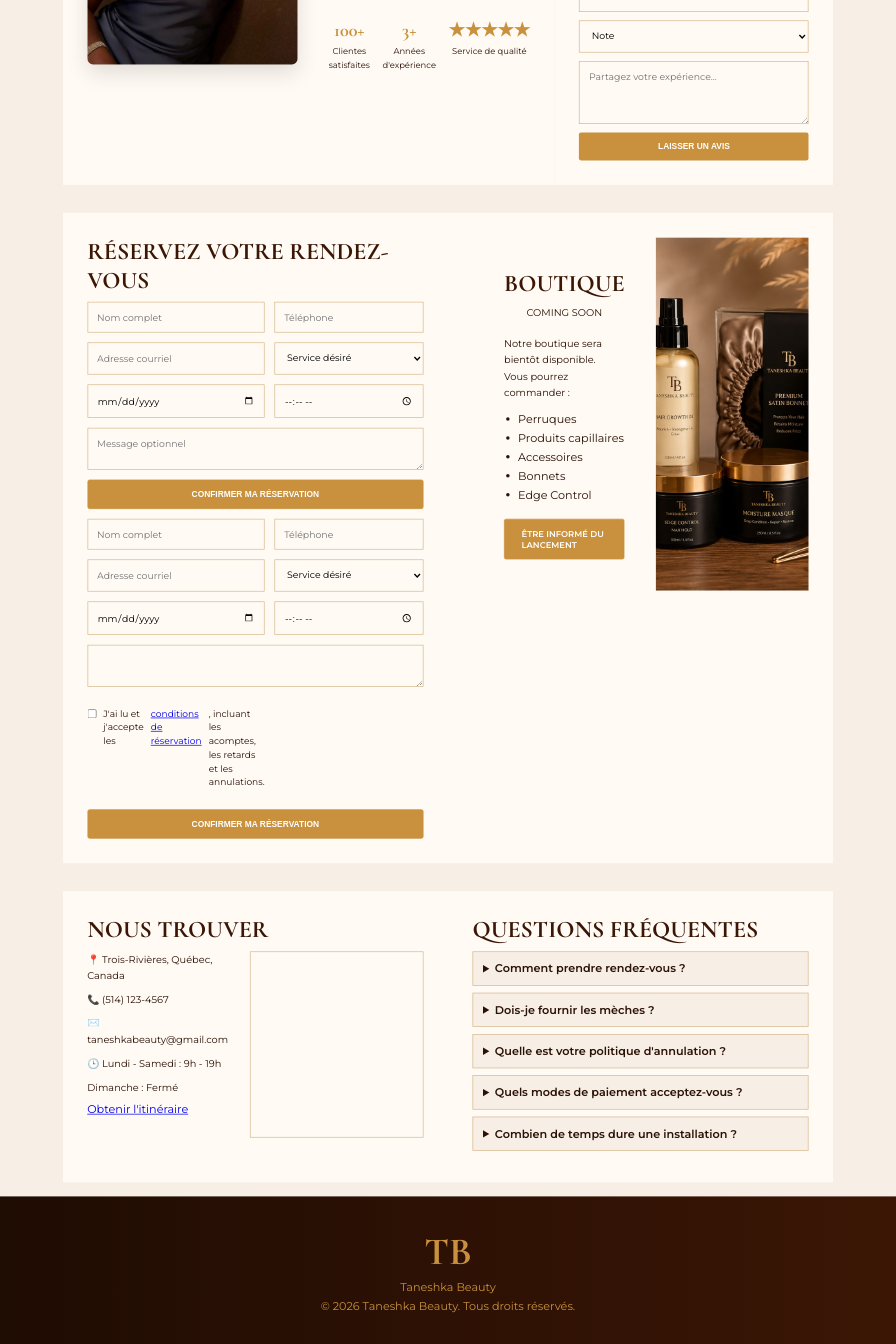
Repository: kngnepi/Taneshka-Beauty-House
Page: index.html
An editor plug-in stored every save of this project. The page is shown before and after the next save, followed by the edit.
The browser window is 1280 px wide. The pictures show the part of the page from y = 2513 to 4433 px (the page is 4433 px tall before and 4123 px after), at 70% of full size.
Pictures or frames that could not be fetched are drawn as grey boxes.

Above is the page before, as saved 2026-07-05 19:46:36.

### index.html
<!DOCTYPE html>
<html lang="fr">
<head>
  <meta charset="UTF-8" />
  <meta name="viewport" content="width=device-width, initial-scale=1.0" />
  <title>Taneshka Beauty</title>
  <link rel="stylesheet" href="style.css" />
</head>
<body>

  <!-- NAVBAR -->
  <header class="navbar">
    <div class="logo">
      <span>TB</span>
      <p>TANESHKA BEAUTY</p>
    </div>

    <nav>
      <a href="#home">Accueil</a>
      <a href="#services">Services</a>
      <a href="#portfolio">Portfolio</a>
      <a href="#about">À propos</a>
      <a href="#booking">Réservation</a>
      <a href="#products">Boutique</a>
      <a href="#contact">Contact</a>
    </nav>

    <a href="#booking" class="btn-gold">Réserver</a>
  </header>

  <!-- HERO -->
  <section id="home" class="hero">
    <div class="hero-content">
      <h1>TANESHKA<br>BEAUTY</h1>
      <p class="tagline">Élégance • Confiance • Beauté</p>
      <p class="hero-text">
        Spécialiste en perruques, tresses et coiffures protectrices.
      </p>

      <div class="hero-buttons">
        <a href="#booking" class="btn-gold">Réserver un rendez-vous</a>
        <a href="#portfolio" class="btn-outline">Voir nos réalisations</a>
      </div>
    </div>
  </section>

  <!-- SERVICES -->
  <section id="services" class="section">
    <h2>Nos Services</h2>
    <p class="section-subtitle">Des prestations adaptées à votre style et à vos besoins.</p>

    <div class="services-grid">
      <div class="service-card">
        <div class="service-img"></div>
        <div>
          <h3>Perruques</h3>
          <ul>
            <li>Installation</li>
            <li>Retrait</li>
            <li>Revamp</li>
            <li>Customisation</li>
          </ul>
          <p>À partir de 60$</p>
          <a href="#booking" class="btn-dark">Réserver</a>
        </div>
      </div>

      <div class="service-card">
        <div class="service-img"></div>
        <div>
          <h3>Tresses</h3>
          <ul>
            <li>Knotless Braids</li>
            <li>Boho Braids</li>
            <li>Tribal Braids</li>
            <li>Cornrows</li>
          </ul>
          <p>À partir de 80$</p>
          <a href="#booking" class="btn-dark">Réserver</a>
        </div>
      </div>

      <div class="service-card">
        <div class="service-img"></div>
        <div>
          <h3>Coiffures</h3>
          <ul>
            <li>Ponytail</li>
            <li>Wig Styling</li>
            <li>Butterfly Locs</li>
            <li>Twists</li>
          </ul>
          <p>À partir de 50$</p>
          <a href="#booking" class="btn-dark">Réserver</a>
        </div>
      </div>
    </div>
  </section>

  <!-- PORTFOLIO -->
 <section id="portfolio" class="section">
  <h2>Nos Réalisations</h2>

  <div class="portfolio-filters">
    <button class="active" data-filter="all">Tout</button>
    <button data-filter="perruques">Perruques</button>
    <button data-filter="tresses">Tresses</button>
    <button data-filter="ponytails">Ponytails</button>
    <button data-filter="locs">Locs</button>
  </div>

  <div class="portfolio-grid">
    <div class="portfolio-item" data-category="ponytails"></div>
    <div class="portfolio-item" data-category="ponytails"></div>
    <div class="portfolio-item" data-category="perruques"></div>
    <div class="portfolio-item" data-category="perruques"></div>
    <div class="portfolio-item" data-category="perruques"></div>
    <div class="portfolio-item" data-category="perruques"></div>
  </div>
</section>

  <!-- ABOUT + REVIEWS -->
  <!-- ABOUT + REVIEWS -->
<section class="split-section">
  <div id="about" class="about-box">
    <div class="about-img"></div>

    <div class="about-content">
      <h2>À propos de Taneshka Beauty</h2>
      <p>
        Chez Taneshka Beauty, nous mettons en valeur la beauté naturelle de chaque cliente
        grâce à des coiffures élégantes, des tresses impeccables et des installations de
        perruques professionnelles. Notre mission est d'offrir une expérience personnalisée
        dans une ambiance chaleureuse, professionnelle et accueillante.
      </p>

      <div class="about-stats">
        <div>
          <h3>100+</h3>
          <p>Clientes satisfaites</p>
        </div>

        <div>
          <h3>3+</h3>
          <p>Années d'expérience</p>
        </div>

        <div>
          <h3>★★★★★</h3>
          <p>Service de qualité</p>
        </div>
      </div>
    </div>
  </div>

  <div class="reviews-box">
  <h2>Ce que disent nos clientes</h2>

  <div class="reviews-grid" id="reviewsList">
    <div class="review-card">
      <p class="stars">★★★★★</p>
      <p>Très professionnelle et minutieuse. Je suis toujours satisfaite du résultat.</p>
      <span>— Sarah M.</span>
    </div>

    <div class="review-card">
      <p class="stars">★★★★★</p>
      <p>Mes tresses ont tenu plusieurs semaines. Je recommande fortement.</p>
      <span>— Jessica K.</span>
    </div>
  </div>

  <form class="review-form" id="reviewForm">
    <input type="text" id="reviewName" placeholder="Votre nom" required />

    <select id="reviewRating" required>
      <option value="">Note</option>
      <option value="5">★★★★★</option>
      <option value="4">★★★★</option>
      <option value="3">★★★</option>
      <option value="2">★★</option>
      <option value="1">★</option>
    </select>

    <textarea id="reviewText" placeholder="Partagez votre expérience..." required></textarea>

    <button type="submit" class="btn-gold">Laisser un avis</button>
  </form>
</div>
</section>

<!-- BOOKING + PRODUCTS -->
<section class="split-section">
  <div id="booking" class="booking-section">
    <h2>Réservez votre rendez-vous</h2>

    <form
  class="booking-form"
  action="https://formspree.io/f/mjgqljjd"
  method="POST"
>
  <input type="text" name="nom" placeholder="Nom complet" required />

  <input type="tel" name="telephone" placeholder="Téléphone" required />

  <input type="email" name="email" placeholder="Adresse courriel" required />

  <select name="service" required>
    <option value="">Service désiré</option>
    <option value="Perruques">Perruques</option>
    <option value="Tresses">Tresses</option>
    <option value="Coiffures">Coiffures</option>
  </select>

  <input type="date" name="date_souhaitee" required />

  <input type="time" name="heure_souhaitee" required />

  <textarea name="message" placeholder="Message optionnel"></textarea>

  <button type="submit" class="btn-gold">
    Confirmer ma réservation
  </button>
<form
    class="booking-form"
    action="https://formspree.io/f/mjgqljjd"
    method="POST">

    <input
        type="text"
        name="nom"
        placeholder="Nom complet"
        required>

    <input
        type="tel"
        name="telephone"
        placeholder="Téléphone"
        required>

    <input
        type="email"
        name="email"
        placeholder="Adresse courriel"
        required>

    <select name="service" required>
        <option value="">Service désiré</option>
        <option>Perruques</option>
        <option>Tresses</option>
        <option>Coiffures</option>
    </select>

    <input type="date" name="date" required>

    <input type="time" name="heure" required>

    <textarea
        name="message"
        placeholder="Message optionnel">
    </textarea>

    <label class="terms">
        <input type="checkbox" required>

        J'ai lu et j'accepte les
        <a href="#booking-policy">
            conditions de réservation
        </a>,
        incluant les acomptes, les retards et les annulations.
    </label>

    <button type="submit" class="btn-gold">
        Confirmer ma réservation
    </button>

</form>
  </div>

  <div id="products" class="products-section">
    <div class="products-content">
      <div class="products-text">
        <h2>Boutique</h2>
        <p class="coming-soon">Coming Soon</p>
        <p>Notre boutique sera bientôt disponible.</p>
        <p>Vous pourrez commander :</p>

        <ul>
          <li>Perruques</li>
          <li>Produits capillaires</li>
          <li>Accessoires</li>
          <li>Bonnets</li>
          <li>Edge Control</li>
        </ul>

        <a href="#contact" class="btn-gold">Être informé du lancement</a>
      </div>

      <div class="products-img"></div>
    </div>
  </div>
</section>

<!-- LOCATION + FAQ -->
<section id="contact" class="split-section">
  <div class="location-box">
  <h2>Nous trouver</h2>

  <div class="location-content">
    <div class="location-info">
      <p>📍 Trois-Rivières, Québec, Canada</p>
      <p>📞 (514) 123-4567</p>
      <p>✉️ taneshkabeauty@gmail.com</p>
      <p>🕒 Lundi - Samedi : 9h - 19h</p>
      <p>Dimanche : Fermé</p>

      <a
        href="https://www.google.com/maps/search/?api=1&query=Trois-Rivi%C3%A8res%2C%20Qu%C3%A9bec%2C%20Canada"
        target="_blank"
        class="btn-outline-dark"
      >
        Obtenir l'itinéraire
      </a>
    </div>

    <div class="map-box">
      <iframe
        src="https://www.google.com/maps?q=Trois-Rivi%C3%A8res%2C%20Qu%C3%A9bec%2C%20Canada&output=embed"
        loading="lazy"
        referrerpolicy="no-referrer-when-downgrade">
      </iframe>
    </div>
  </div>
</div>

  <div class="faq-box">
    <h2>Questions fréquentes</h2>

    <details>
      <summary>Comment prendre rendez-vous ?</summary>
      <p>Vous pouvez réserver via le formulaire ou nous contacter sur Instagram.</p>
    </details>

    <details>
      <summary>Dois-je fournir les mèches ?</summary>
      <p>Cela dépend du service choisi. Les détails seront confirmés lors de la réservation.</p>
    </details>

    <details>
      <summary>Quelle est votre politique d'annulation ?</summary>
      <p>Les annulations doivent être faites au moins 48h avant le rendez-vous.</p>
    </details>

    <details>
      <summary>Quels modes de paiement acceptez-vous ?</summary>
      <p>Espèces et virement Interac.</p>
    </details>

    <details>
      <summary>Combien de temps dure une installation ?</summary>
      <p>La durée varie selon le service sélectionné.</p>
    </details>
  </div>
</section>
  <!-- FOOTER -->
  <footer>
    <h2>TB</h2>
    <p>Taneshka Beauty</p>
    <p>© 2026 Taneshka Beauty. Tous droits réservés.</p>
  </footer>

<script>
  const filterButtons = document.querySelectorAll(".portfolio-filters button");
  const portfolioItems = document.querySelectorAll(".portfolio-item");

  filterButtons.forEach(button => {
    button.addEventListener("click", () => {
      const filter = button.dataset.filter;

      filterButtons.forEach(btn => btn.classList.remove("active"));
      button.classList.add("active");

      portfolioItems.forEach(item => {
        if (filter === "all" || item.dataset.category === filter) {
          item.classList.remove("hide");
        } else {
          item.classList.add("hide");
        }
      });
    });
  });
</script>
<script>
  const reviewForm = document.getElementById("reviewForm");
  const reviewsList = document.getElementById("reviewsList");

  let reviews = JSON.parse(localStorage.getItem("taneshkaReviews")) || [];

  function displayReviews() {
    reviews.forEach(review => {
      const reviewCard = document.createElement("div");
      reviewCard.classList.add("review-card");

      reviewCard.innerHTML = `
        <p class="stars">${"★".repeat(review.rating)}</p>
        <p>${review.text}</p>
        <span>— ${review.name}</span>
      `;

      reviewsList.appendChild(reviewCard);
    });
  }

  reviewForm.addEventListener("submit", function (e) {
    e.preventDefault();

    const name = document.getElementById("reviewName").value;
    const rating = document.getElementById("reviewRating").value;
    const text = document.getElementById("reviewText").value;

    const newReview = {
      name: name,
      rating: rating,
      text: text
    };

    reviews.push(newReview);
    localStorage.setItem("taneshkaReviews", JSON.stringify(reviews));

    reviewsList.innerHTML = "";
    displayReviews();

    reviewForm.reset();
  });

  displayReviews();
</script>
</body>
</html>

### style.css
@import url('https://fonts.googleapis.com/css2?family=Cormorant+Garamond:wght@500;600;700&family=Montserrat:wght@300;400;500;600&display=swap');

:root {
  --brown: #3b1605;
  --dark-brown: #1f0c03;
  --gold: #c9913d;
  --cream: #f7efe6;
  --light-cream: #fffaf4;
  --text: #2b1206;
  --border: #d8b98c;
}

* {
  margin: 0;
  padding: 0;
  box-sizing: border-box;
}

body {
  background: var(--cream);
  color: var(--text);
  font-family: "Montserrat", sans-serif;
}

h1, h2, h3 {
  font-family: "Cormorant Garamond", serif;
  text-transform: uppercase;
}

section {
  padding: 55px 7%;
}

.navbar {
  background: rgba(31, 12, 3, 0.95);
  color: white;
  height: 85px;
  padding: 0 7%;
  display: flex;
  align-items: center;
  justify-content: space-between;
}

.logo span {
  color: var(--gold);
  font-family: "Cormorant Garamond", serif;
  font-size: 38px;
  font-weight: 700;
}

.logo p {
  color: var(--gold);
  font-size: 13px;
  letter-spacing: 1px;
}

nav {
  display: flex;
  gap: 30px;
}

nav a {
  color: white;
  text-decoration: none;
  font-size: 13px;
  text-transform: uppercase;
}

.btn-gold,
.btn-outline,
.btn-dark {
  display: inline-block;
  padding: 13px 24px;
  text-decoration: none;
  text-transform: uppercase;
  font-size: 12px;
  font-weight: 600;
  border-radius: 3px;
}

.btn-gold {
  background: var(--gold);
  color: white;
  border: 1px solid var(--gold);
}

.btn-outline {
  border: 1px solid var(--gold);
  color: white;
}

.btn-dark {
  background: var(--brown);
  color: white;
  margin-top: 15px;
}

.hero {
  min-height: 720px;
  background:
    linear-gradient(to right, rgba(20, 7, 2, 0.95) 0%, rgba(20, 7, 2, 0.75) 38%, rgba(20, 7, 2, 0.25) 70%),
    url("images/hero.jpg");
  background-size: cover;
  background-position: center 35%;
  display: flex;
  align-items: center;
}

.hero-content {
  max-width: 620px;
  margin-top: 40px;
}

.hero h1 {
  color: var(--gold);
  font-size: 92px;
  line-height: 0.9;
}

.tagline {
  color: white;
  font-family: "Cormorant Garamond", serif;
  font-size: 28px;
  font-style: italic;
  margin: 20px 0;
}

.hero-text {
  color: white;
  font-size: 18px;
  line-height: 1.6;
}

.hero-buttons {
  display: flex;
  gap: 20px;
  margin-top: 30px;
}

.section {
  text-align: center;
}

.section h2,
.split-section h2 {
  font-size: 34px;
  color: var(--brown);
  margin-bottom: 10px;
}

.section-subtitle {
  margin-bottom: 35px;
  font-size: 14px;
}

.services-grid {
  display: grid;
  grid-template-columns: repeat(3, 1fr);
  gap: 25px;
}

.service-card {
  background: var(--light-cream);
  border: 1px solid var(--border);
  display: grid;
  grid-template-columns: 1fr 1fr;
  text-align: left;
  min-height: 260px;
}

.service-img,
.portfolio-item,
.about-img {
  width: 100%;
  height: 430px;
  background-image: url("images/about.jpg");
  background-size: cover;
  background-position: center top;
  border-radius: 8px;
  box-shadow: 0 12px 30px rgba(0,0,0,.12);
}

.service-card:nth-child(1) .service-img {
  background-image: url("images/service-wig.jpg");
}

.service-card:nth-child(2) .service-img {
  background-image: url("images/service-braids.jpg");
}

.service-card:nth-child(3) .service-img {
  background-image: url("images/service-hair.jpg");
}

.service-card div:last-child {
  padding: 28px;
}

.service-card h3 {
  font-size: 24px;
  margin-bottom: 15px;
}

.service-card li {
  margin-bottom: 8px;
  font-size: 14px;
}

.portfolio-filters {
  display: flex;
  justify-content: center;
  gap: 35px;
  margin: 25px 0;
}

.portfolio-filters button {
  background: transparent;
  border: none;
  text-transform: uppercase;
  cursor: pointer;
}


.portfolio-grid {
  display: grid;
  grid-template-columns: repeat(6, 1fr);
  gap: 18px;
}

.portfolio-item {
  height: 300px;
  border-radius: 8px;
  overflow: hidden;
  background-size: cover;
  background-position: center 25%;
  background-repeat: no-repeat;
}

.portfolio-item:nth-child(2) {
    background-position: center 20%;
}

.portfolio-item:nth-child(2) img {
  object-position: 40% 70%;
}
.portfolio-item img {
  width: 100%;
  height: 100%;
  object-fit: cover;
  object-position: center 25%;
  display: block;
}


.portfolio-item:nth-child(1) {
  background-image: url("images/portfolio-1.jpg");
}

.portfolio-item:nth-child(2) {
  background-image: url("images/portfolio-2.jpg");
}

.portfolio-item:nth-child(3) {
  background-image: url("images/portfolio-3.jpg");
}

.portfolio-item:nth-child(4) {
  background-image: url("images/portfolio-4.jpg");
}

.portfolio-item:nth-child(5) {
  background-image: url("images/portfolio-5.jpg");
}

.portfolio-item:nth-child(6) {
  background-image: url("images/portfolio-6.jpg");
}

.split-section {
  padding: 20px 7%;
  display: grid;
  grid-template-columns: 1fr 1fr;
  gap: 0;
}

.about-box,
.reviews-box,
.location-box,
.faq-box,
.booking-section,
.products-section {
  background: var(--light-cream);
  border: 1px solid var(--border);
  padding: 35px;
}

.about-box {
  display: grid;
  grid-template-columns: 300px 1fr;
  gap: 45px;
  align-items: center;
  background: var(--light-cream);
  padding: 45px;
}

.about-img {
  min-height: 280px;
  background-image: url("images/about.jpg");
}

.about-box p,
.review-card p,
.location-box p,
.products-section p,
.faq-box p {
  font-size: 14px;
  line-height: 1.7;
}

.reviews-box {
  text-align: center;
}

.review-card {
  border: 1px solid var(--border);
  padding: 25px;
  margin-top: 20px;
  text-align: left;
}

.stars {
    color: var(--gold);
    font-size: 20px;
    letter-spacing: 2px;
    margin-bottom: 8px;
}
.booking-form {
  max-width: 850px;
  margin: auto;
  display: grid;
  grid-template-columns: 1fr 1fr;
  gap: 14px;
}

.booking-form input,
.booking-form select,
.booking-form textarea {
  padding: 13px;
  border: 1px solid var(--border);
  background: var(--light-cream);
  font-family: "Montserrat", sans-serif;
}

.booking-form textarea,
.booking-form button {
  grid-column: span 2;
}

.products-section {
  text-align: center;
}

.products-section h2 {
  color: var(--brown);
}

.location-box {
  text-align: left;
}

.faq-box details {
  border: 1px solid var(--border);
  margin-bottom: 10px;
  padding: 14px;
  background: var(--cream);
}

.faq-box summary {
  cursor: pointer;
  font-weight: 600;
}

footer {
  background: linear-gradient(to right, var(--dark-brown), var(--brown));
  color: white;
  text-align: center;
  padding: 45px 7%;
}

footer h2 {
  color: var(--gold);
  font-size: 55px;
}

footer p {
  color: var(--gold);
  margin-top: 8px;
}

@media (max-width: 900px) {
  .navbar {
    height: auto;
    flex-direction: column;
    padding: 20px;
    gap: 20px;
  }

  nav {
    flex-wrap: wrap;
    justify-content: center;
  }

  .hero h1 {
    font-size: 55px;
  }

  .services-grid,
  .split-section {
    grid-template-columns: 1fr;
  }

  .service-card,
  .about-box {
    grid-template-columns: 1fr;
  }

  .portfolio-grid {
    grid-template-columns: repeat(2, 1fr);
  }

  .booking-form {
    grid-template-columns: 1fr;
  }

  .booking-form textarea,
  .booking-form button {
    grid-column: span 1;
  }
}

.about-content {
  display: flex;
  flex-direction: column;
  justify-content: center;
}

.about-stats {
  display: grid;
  grid-template-columns: repeat(3, 1fr);
  gap: 18px;
  margin-top: 30px;
  text-align: center;
}

.about-stats h3 {
  color: var(--gold);
  font-size: 26px;
  margin-bottom: 5px;
}

.about-stats p {
  font-size: 12px;
}

.products-section {
  padding: 0;
  text-align: left;
}

.products-content {
  display: grid;
  grid-template-columns: 1fr 1fr;
  min-height: 320px;
}

.products-text {
  padding: 45px;
}

.products-text h2 {
  text-align: center;
}

.coming-soon {
  text-align: center;
  text-transform: uppercase;
  font-size: 13px;
  margin-bottom: 20px;
}

.products-text ul {
  margin: 15px 0 25px 20px;
}

.products-text li {
  margin-bottom: 8px;
}

.products-img {
  background-image: url("images/products.jpg");
  background-size: cover;
  background-position: center;
  min-height: 320px;
}

@media (max-width: 900px) {
  .about-stats {
    grid-template-columns: 1fr;
  }

  .products-content {
    grid-template-columns: 1fr;
  }
}

.about-box,
.reviews-box,
.location-box,
.faq-box,
.booking-section,
.products-section {
    background: var(--light-cream);
    border: none;
    padding: 35px;
}
.location-content {
  display: grid;
  grid-template-columns: 1fr 1.2fr;
  gap: 25px;
  align-items: stretch;
}

.location-info p {
  margin-bottom: 10px;
}

.map-box {
  width: 100%;
  min-height: 260px;
  border: 1px solid var(--border);
  overflow: hidden;
}

.map-box iframe {
  width: 100%;
  height: 100%;
  min-height: 260px;
  border: none;
}

@media (max-width: 900px) {
  .location-content {
    grid-template-columns: 1fr;
  }
}

.portfolio-filters button.active {
  background: var(--brown);
  color: white;
  padding: 8px 35px;
}

.portfolio-item.hide {
  display: none;
}
.review-form {
  margin-top: 25px;
  display: grid;
  gap: 12px;
}

.review-form input,
.review-form select,
.review-form textarea {
  padding: 13px;
  border: 1px solid var(--border);
  background: var(--light-cream);
  font-family: "Montserrat", sans-serif;
}

.review-form textarea {
  min-height: 90px;
  resize: vertical;
}

.review-form button {
  border: none;
  cursor: pointer;
}

.terms {
    display: flex;
    align-items: flex-start;
    gap: 10px;
    margin: 15px 0;
    font-size: 13px;
    line-height: 1.5;
    text-align: left;
    color: var(--text);
}

.terms input[type="checkbox"] {
    margin-top: 3px;
    accent-color: var(--gold);
    cursor: pointer;
}

After the next save:
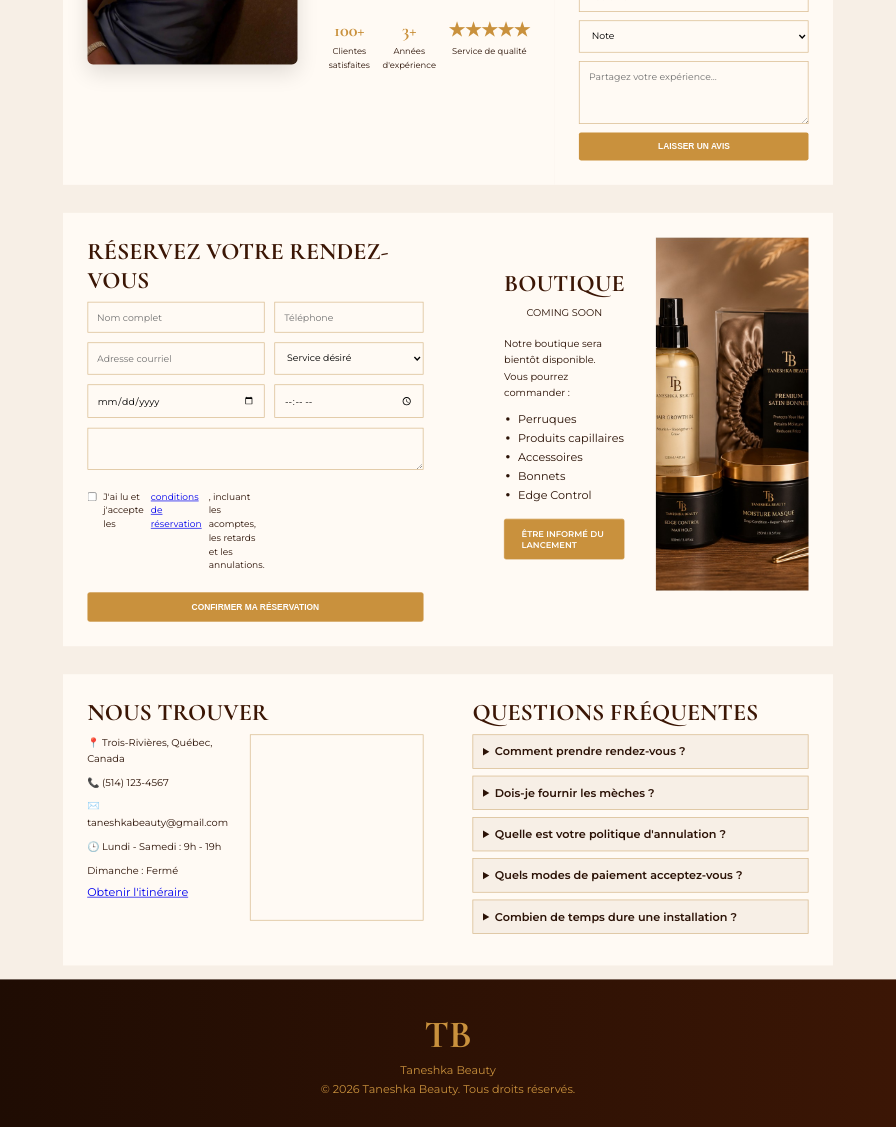
Saved 46 s later.
--- a/index.html
+++ b/index.html
@@ -194,33 +194,7 @@
   <div id="booking" class="booking-section">
     <h2>Réservez votre rendez-vous</h2>
 
-    <form
-  class="booking-form"
-  action="https://formspree.io/f/mjgqljjd"
-  method="POST"
->
-  <input type="text" name="nom" placeholder="Nom complet" required />
-
-  <input type="tel" name="telephone" placeholder="Téléphone" required />
-
-  <input type="email" name="email" placeholder="Adresse courriel" required />
-
-  <select name="service" required>
-    <option value="">Service désiré</option>
-    <option value="Perruques">Perruques</option>
-    <option value="Tresses">Tresses</option>
-    <option value="Coiffures">Coiffures</option>
-  </select>
-
-  <input type="date" name="date_souhaitee" required />
-
-  <input type="time" name="heure_souhaitee" required />
-
-  <textarea name="message" placeholder="Message optionnel"></textarea>
-
-  <button type="submit" class="btn-gold">
-    Confirmer ma réservation
-  </button>
+
 <form
     class="booking-form"
     action="https://formspree.io/f/mjgqljjd"
